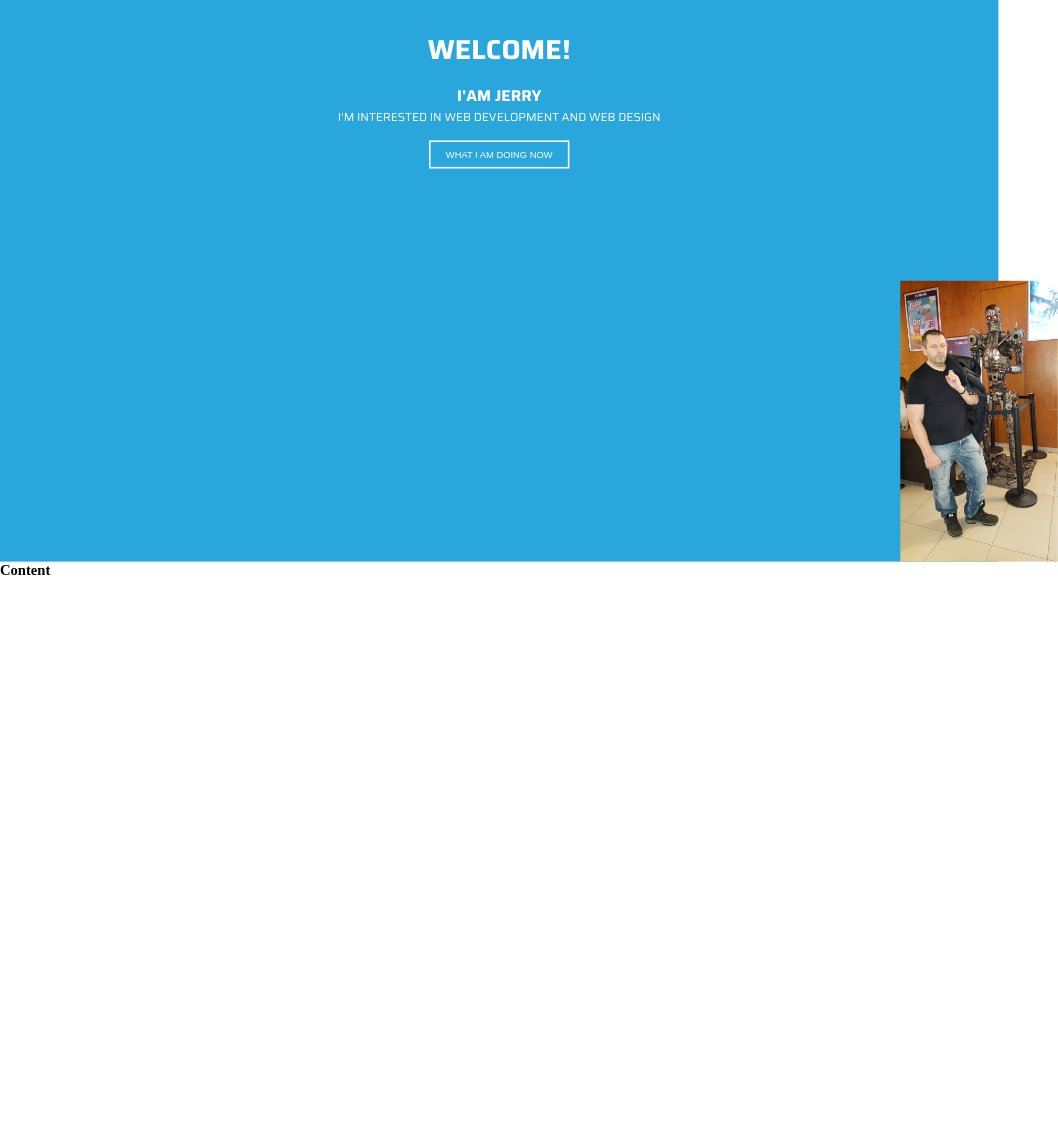
Repository: navanweb/dev
Page: jerry.html
These files come from the project's save history. The page is drawn as it stood at one moment and after the next save; the edit follows.
The browser window is 1280 px wide. The page is 1356 px wide, then 1331 px, so the pictures cover 1356 px, including what lies to the right of the window. The pictures show the whole page, at 78% of full size.

Above is the page before, as saved 2019-04-06 19:40:43.

After the next save:
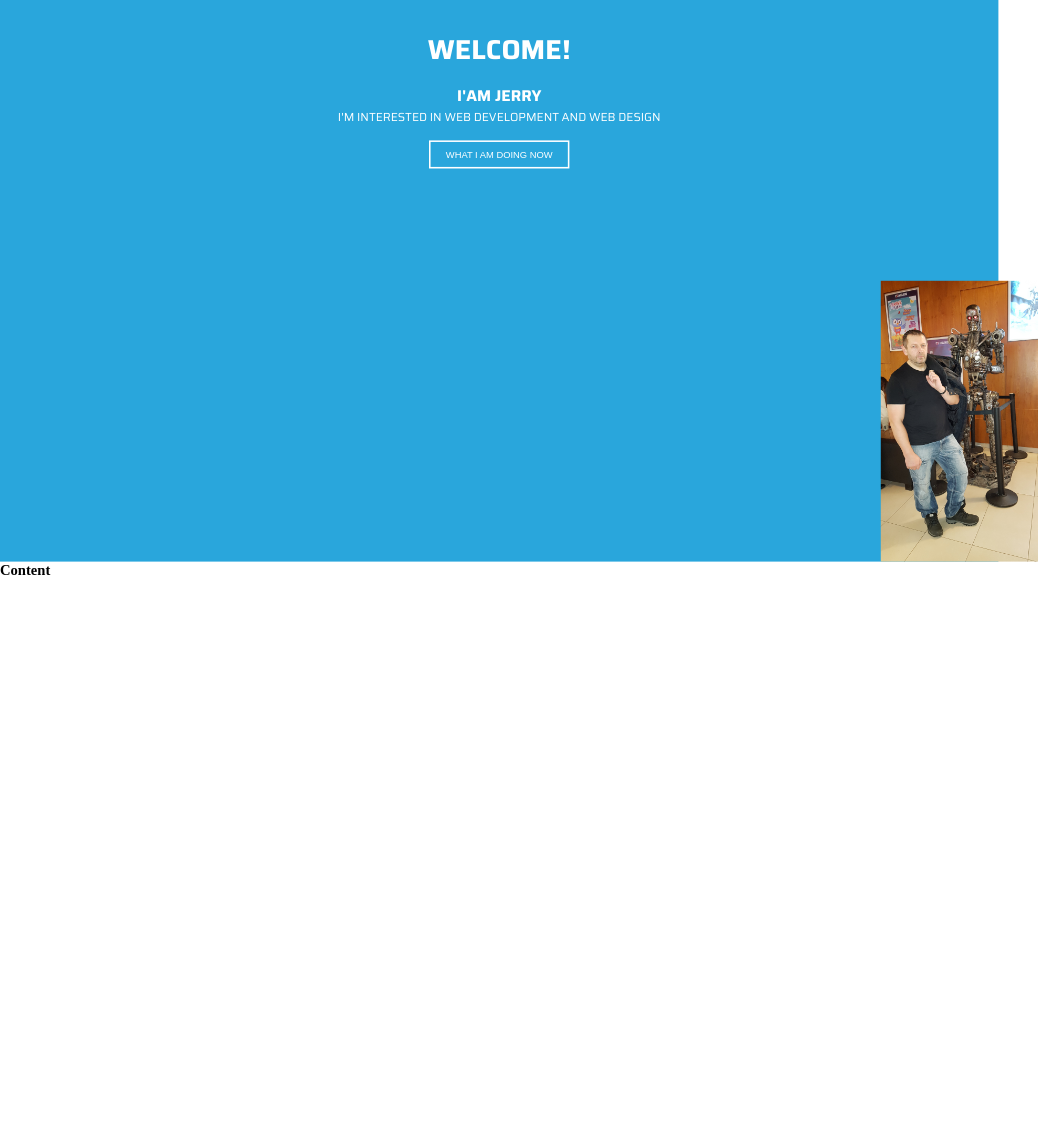
Saved 9 s later.
--- a/css/jerry.css
+++ b/css/jerry.css
@@ -64,7 +64,7 @@ header button {
     header img {
         height: 50%;
         bottom: 0;
-        right: 25px;
+        right: 50px;
     }
 
 }
